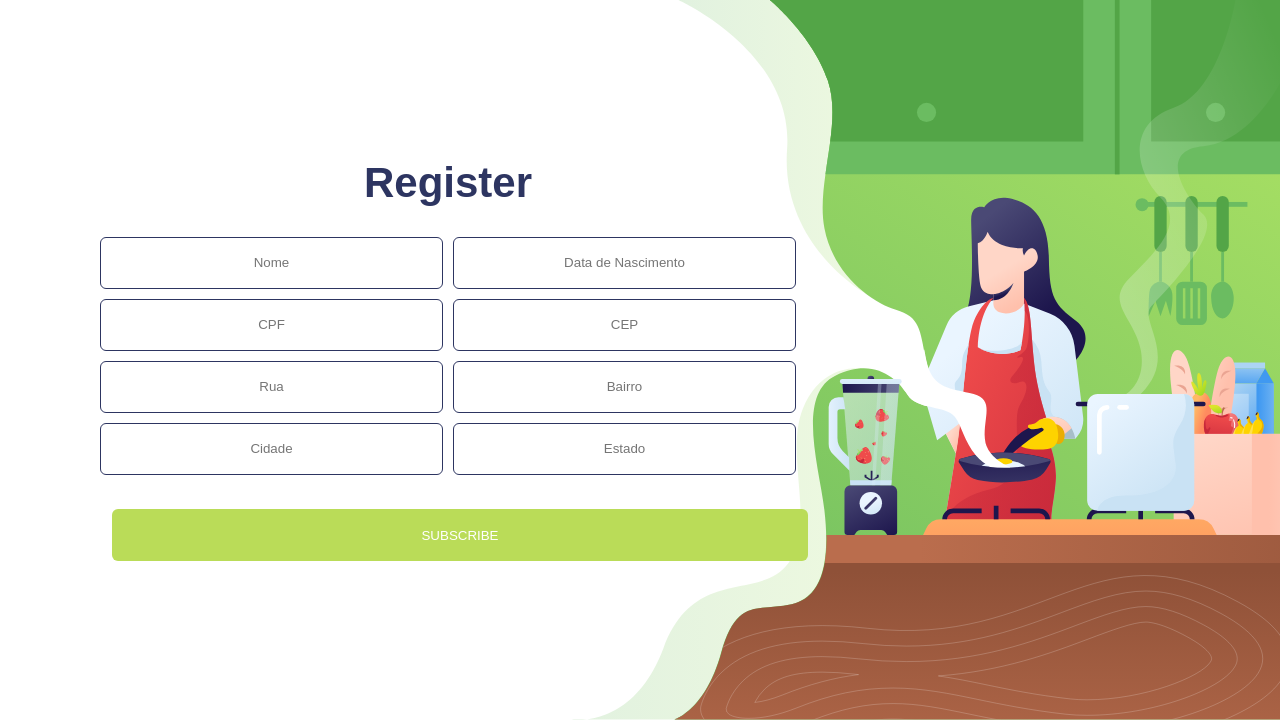
Repository: LuccaCasalecchi/HealthyFood
Page: /register
These files come from the project's save history. The page is drawn as it stood at one moment and after the next save; the edit follows.
The browser window is 1280 px wide. The pictures show the whole page.
The project was rebuilt for these pictures with package versions that can differ from the ones it lists, and the page was loaded fresh each time. Also part of the build but not shown: src/components/Header/Header.css, src/components/Header/Header.jsx, src/components/Main/Main.css, src/components/Main/Main.jsx, src/components/Card/Card.css, src/components/Card/Card.jsx, src/components/Recipes/Recipes.css, src/components/Recipes/Recipes.jsx and 11 more.

Above is the page before, as saved 2021-08-20 21:53:17.

### src/App.js
import React from 'react'
import LandingPage from './pages/LandingPage/LandingPage';
import './global.css'
import Register from './pages/Register/Register';

function App() {
  return (
    <div className="App">
      <Register/>
    </div>
  );
}

export default App;

### src/global.css
* {
  margin: 0;
  padding: 0;
  box-sizing: border-box;
}

html {
  scroll-behavior: smooth;
  overflow-y: scroll;
  overflow-x: hidden;
}





/*Phone*/
@media (min-width: 320px)
  and (max-width: 480px) {
  :root {
    font-size: 50%;
  }
}

/*Tablet*/
@media (min-width: 481px)
  and (max-width: 1100px) {
  :root {
    font-size: 56.25%;
  }
}

/*Desktop*/
@media (min-width: 1101px)
  and (max-width: 1600px) {
  :root {
    font-size: 62.5%;
  }
}

/*Ultra*/
@media (min-width: 1601px) {
  :root {
    font-size: 62.5%;
  }
}

### src/pages/Register/Register.jsx
import React from "react";
import Input from "../../components/Input/Input";
import imageService from "../../images/bloco_services.svg";
import './Register.css'
import Button from '../../components/Button/Button'

export default function Register() {
  return (
    <div className="container">
      <div>
        <h1>Register</h1>
        <form>
          <Input placeholderProp = "Nome" />
          <Input placeholderProp = "Data de Nascimento"  />
          <Input placeholderProp = "CPF"  />
          <Input placeholderProp = "CEP"  />
          <Input placeholderProp = "Rua"  />
          <Input placeholderProp = "Bairro"  />
          <Input placeholderProp = "Cidade" />
          <Input placeholderProp = "Estado"  />
        </form>
        <Button title="SUBSCRIBE" />
      </div>
      <img src={imageService} alt="Register" />
    </div>
  );
}

### src/pages/LandingPage/LandingPage.css
* {
  margin: 0;
  padding: 0;
  box-sizing: border-box;
  font-family: sans-serif;
}

### src/components/Input/Input.jsx
import React from 'react'
import './Input.css'

export default function Input({title,placeholderProp}) {
  return (
    <div className="input-container">
      <input
      type="text"
      placeholder={placeholderProp}/>
    </div>
  )
}

### src/pages/Register/Register.css
.container{
  display: flex;
  height: 100vh;
}

.container > div{
  display: flex;
  flex-direction: column;
  margin: auto 0;
  padding-left: 10rem;
}

.container h1{
  color: #2D3561;
  font-size: 4.2rem;
  margin-bottom: 1rem;
  font-weight: bold;
  align-items: center;
  text-align: center;
  padding-bottom: 20px;
}

.container form{
  display: grid;
  gap: 1rem;
  flex-direction: row;
  grid-template-columns: repeat(2, 1fr);
}

form > div{
  padding: 0;
  margin: 0;
}

.container img{
  transform: scaleX(-1);
  height: 100vh;
  position: absolute;
  right: 0;
  z-index: -99;
}

### src/components/Button/Button.jsx
import React from 'react'
import './Button.css'

export default function Button({title}) {
  return (
    <button className="register_button">{title}</button>
  )
}

### src/components/Input/Input.css
.input-container{
  display: flex;
  justify-content: center;
  align-items: center;
  padding: 0px;
}

input{
  width: 343px;
  height: 52px;
  border-radius: 6px;
  border: 1px solid #2D3561;
  text-align: center;
}

button{
  display: flex;
  justify-content: center;
  align-items: center;
  width: 52px;
  height: 52px;
  border: none;
  border-radius: 6px;
  padding: 0px 12px;
  margin-left: 12px;
  text-align: center;
  background-color: #BADC58;
  color: white;
}

### src/components/Button/Button.css
.container button {
  display: flex;
  justify-content: center;
  align-items: center;
  background-color: #BADC58;
  padding: 25px 15px;
  width: 100%;
  margin-top: 5%;


}

Loaded but not shown: public/index.html (common file); src/index.js (common file)

After the next save:
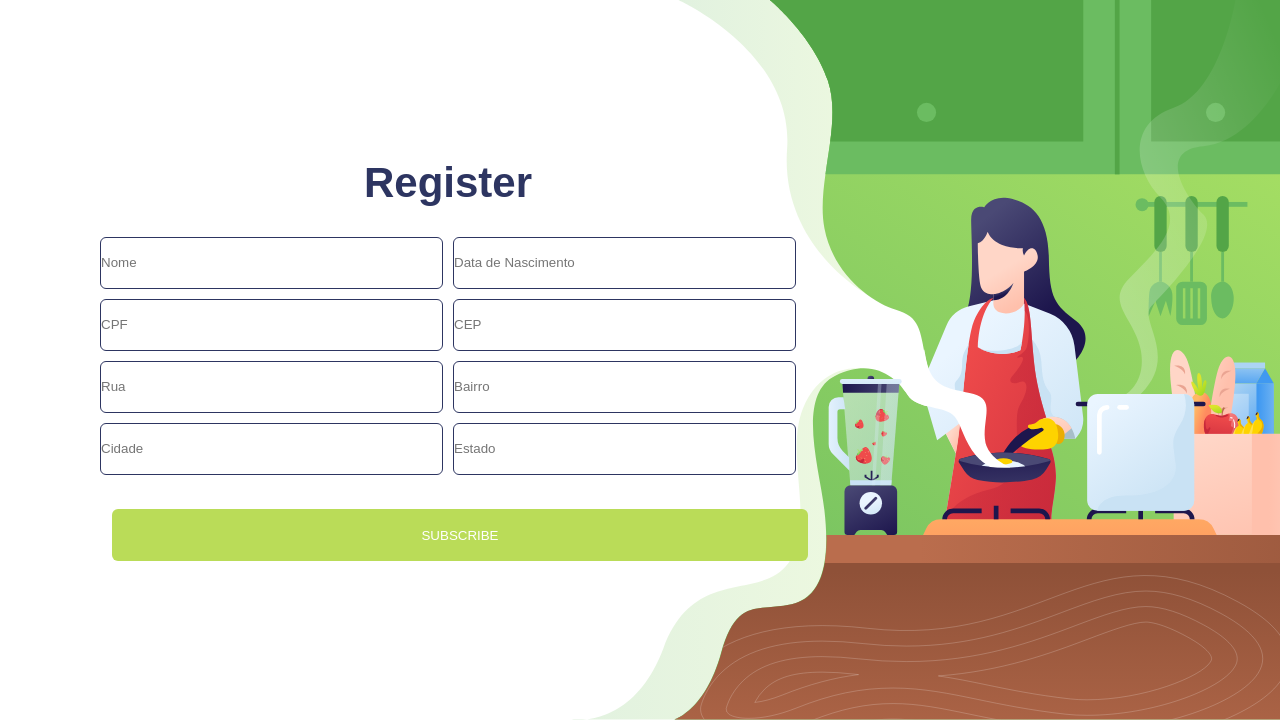
Saved 2 min 5 s later.
--- a/src/components/Input/Input.css
+++ b/src/components/Input/Input.css
@@ -11,6 +11,10 @@ input{
   border-radius: 6px;
   border: 1px solid #2D3561;
   text-align: center;
+}
+
+input::placeholder{
+  text-align: left;
 }
 
 button{
